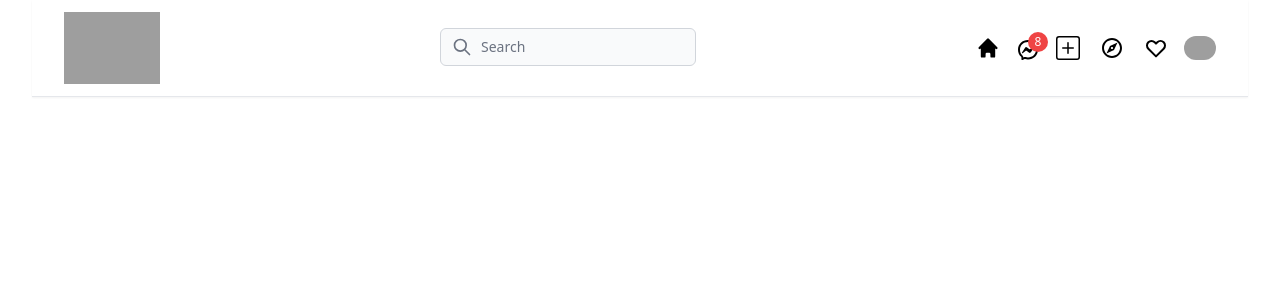
Repository: SehajBindra/insta--clone
Page: /
The author's editor kept a copy of each file at every save. The page is drawn from the files as they stood at one save, then again after the next save.
The browser window is 1280 px wide. The pictures show the whole page.
Pictures or frames that could not be fetched are drawn as grey boxes. The project was rebuilt for these pictures with package versions that can differ from the ones it lists, and the page was loaded fresh each time. The framework's server and built-in components were replaced by stand-ins that run in the browser. Also part of the build but not shown: next.config.js.

Above is the page before, as saved 2022-04-11 14:15:37.

After the next save:
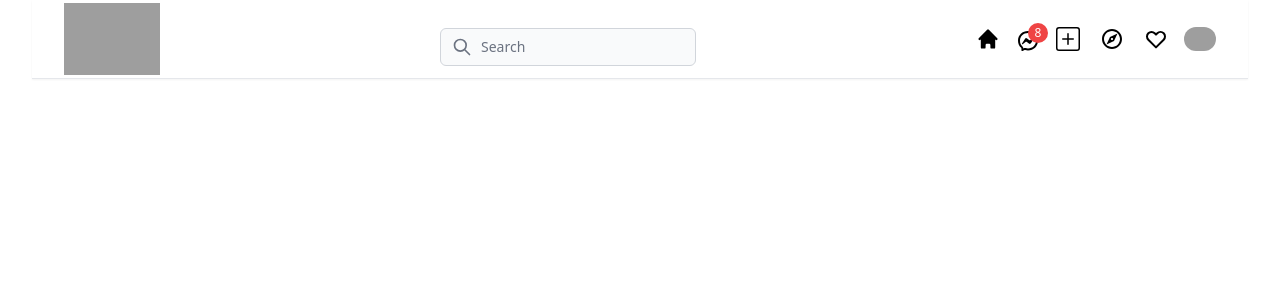
Saved 58 s later.
--- a/components/Header.js
+++ b/components/Header.js
@@ -18,7 +18,7 @@
   return (
     <div className="shadow-sm border-b  bg-white sticky top-0 z-50">
       <div className="flex justify-between max-w-6xl mx-5 xl:mx-auto ">
-        <div className="relative hidden lg:inline-grid w-24 h-24">
+        <div className="relative hidden lg:inline-grid w-24 cursor-pointer ">
           <Image
             src="https://links.papareact.com/ocw"
             layout="fill"
